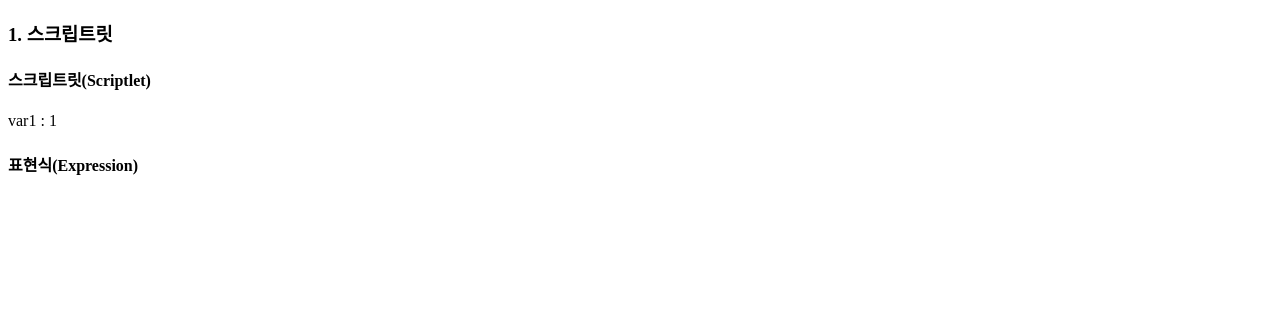
Repository: yun-setenforce/JSP
Page: http://localhost/Ch02/1_Scriptlet.jsp
An editor plug-in stored every save of this project. The page is shown before and after the next save, followed by the edit.
The browser window is 1280 px wide. The pictures show the whole page.
The page is served by Tomcat 9. Other server files are loaded and not shown.

Above is the page before, as saved 2023-07-24 01:48:11.

### Ch02/src/main/webapp/1_Scriptlet.jsp
<%@ page contentType="text/html;charset=UTF-8" pageEncoding="UTF-8"%>
<!DOCTYPE html>
<html>
	<head>
		<meta charset="UTF-8">
		<title>1_Scriptlet</title>
		<%--
			날짜 : 2023/07/24
			이름 : 정채윤
			내용 : JSP 기본문법 실습하기
		 --%>
	</head>
	<body>
		<h3>1. 스크립트릿</h3>

		<h4>스크립트릿(Scriptlet)</h4>
		<%
			//스크립트릿(자바 프로그래밍 영역)
			int 	var1 = 1;
			boolean	var2 = true;
			double 	var3	= 3.14;
			String 	var4	= "Hello";

			out.println("<p>var1 : " + var1 + "</p>");
		%>

		<h4>표현식(Expression)</h4>


	</body>
</html>

After the next save:
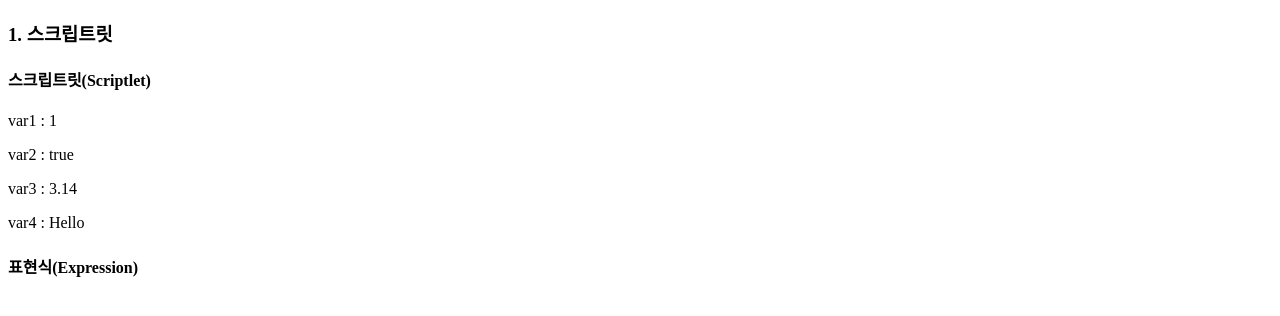
Saved 11 s later.
--- a/Ch02/src/main/webapp/1_Scriptlet.jsp
+++ b/Ch02/src/main/webapp/1_Scriptlet.jsp
@@ -22,6 +22,9 @@
 			String 	var4	= "Hello";
 
 			out.println("<p>var1 : " + var1 + "</p>");
+			out.println("<p>var2 : " + var2 + "</p>");
+			out.println("<p>var3 : " + var3 + "</p>");
+			out.println("<p>var4 : " + var4 + "</p>");
 		%>
 
 		<h4>표현식(Expression)</h4>
